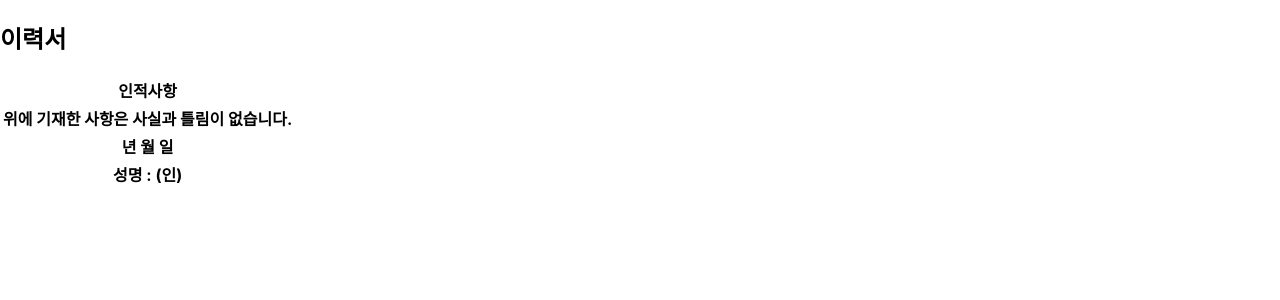
Repository: jiyeonyun/Resume
Page: / (app in resumes/)
An editor plug-in stored every save of this project. The page is shown before and after the next save, followed by the edit.
The browser window is 1280 px wide. The pictures show the whole page.
The project was rebuilt for these pictures with package versions that can differ from the ones it lists, and the page was loaded fresh each time. Also part of the build but not shown: resumes/src/App.module.css.

Above is the page before, as saved 2022-05-25 14:20:23.

### resumes/src/App.jsx
import styles from "./App.module.css";
import Educational from "./components/educationalHIstory/educational";
import Footer from "./components/footer/footer";
import Header from "./components/header/header";
import PersonalInfo from "./components/personalInfo/personalInfo";
function App() {
  return (
    <div className="App">
      <Header />
      <table>
        <PersonalInfo />
        <Educational />
        <Footer />
      </table>
    </div>
  );
}

export default App;

### resumes/src/components/educationalHIstory/educational.jsx
import React from "react";
import edudata from "../../data/edudata";
const Educational = (props) => {
  console.log(edudata);
  return <></>;
};

export default Educational;

### resumes/src/components/footer/footer.jsx
import React from "react";

const Footer = (props) => {
  return (
    <tfoot>
      <tr>
        <th>위에 기재한 사항은 사실과 틀림이 없습니다.</th>
      </tr>
      <tr>
        <th>년 월 일</th>
      </tr>
      <tr>
        <th>성명 : (인) </th>
      </tr>
    </tfoot>
  );
};

export default Footer;

### resumes/src/components/header/header.jsx
import React from "react";

const Header = (props) => {
  return (
    <header>
      <h2>이력서</h2>
    </header>
  );
};

export default Header;

### resumes/src/components/personalInfo/personalInfo.jsx
import React from "react";

const PersonalInfo = (props) => {
  return (
    <thead>
      <tr>
        <th>인적사항</th>
      </tr>
    </thead>
  );
};

export default PersonalInfo;

### resumes/src/data/edudata.js
export default [
  {
    date: "2014.03 ~ 2017.02",
    content: "@@ 고등학교",
    grade: "인문계",
    gradu: true,
  },
  {
    date: "2017.03 ~ 2020.08",
    content: "@@ 대학교 경영정보학 전공",
    grade: "4.0/4.5",
    gradu: true,
  },
  {
    date: "2020.09 ~ 2023.09",
    content: "@@ 대학교 @@ 대학원 경영정보학 전공",
    grade: "4.0/4.5",
    gradu: true,
  },
];

Loaded but not shown: resumes/public/index.html (common file); resumes/src/index.js (common file); resumes/src/index.css (common file); resumes/src/reportWebVitals.js (common file)

After the next save:
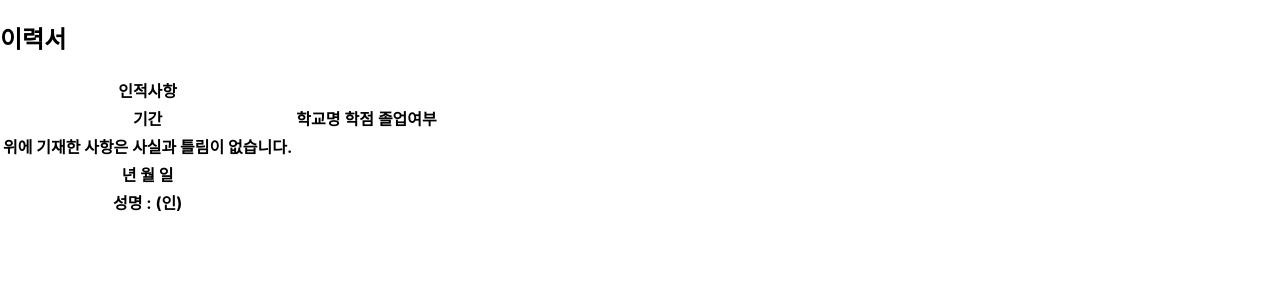
Saved 3 min 13 s later.
--- a/resumes/src/components/educationalHIstory/educational.jsx
+++ b/resumes/src/components/educationalHIstory/educational.jsx
@@ -2,7 +2,16 @@ import React from "react";
 import edudata from "../../data/edudata";
 const Educational = (props) => {
   console.log(edudata);
-  return <></>;
+  return (
+    <thead>
+      <tr>
+        <th>기간</th>
+        <th>학교명</th>
+        <th>학점</th>
+        <th>졸업여부</th>
+      </tr>
+    </thead>
+  );
 };
 
 export default Educational;
